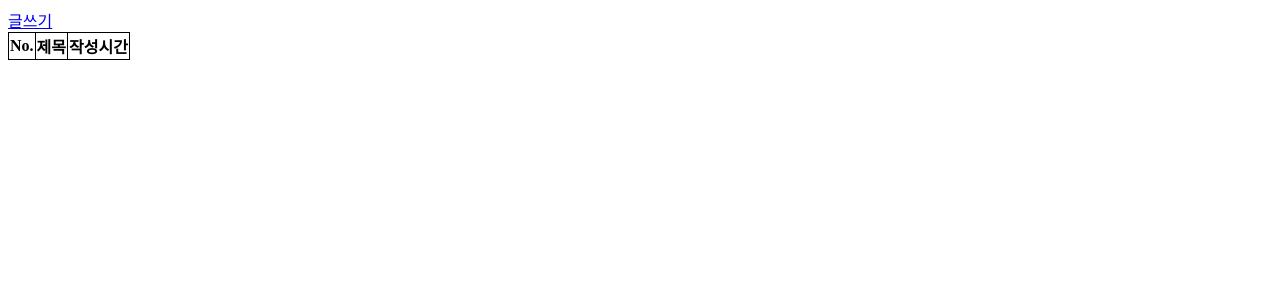
Repository: Bigdog93/WebworkspacePT
Page: http://localhost/BoardVer4/list
These files come from the project's save history. The page is drawn as it stood at one moment and after the next save; the edit follows.
The browser window is 1280 px wide. The pictures show the whole page.
The page is served by Tomcat 9. Queries for data that is not in the repository find no rows.

Above is the page before, as saved 2021-04-30 02:30:43.

After the next save:
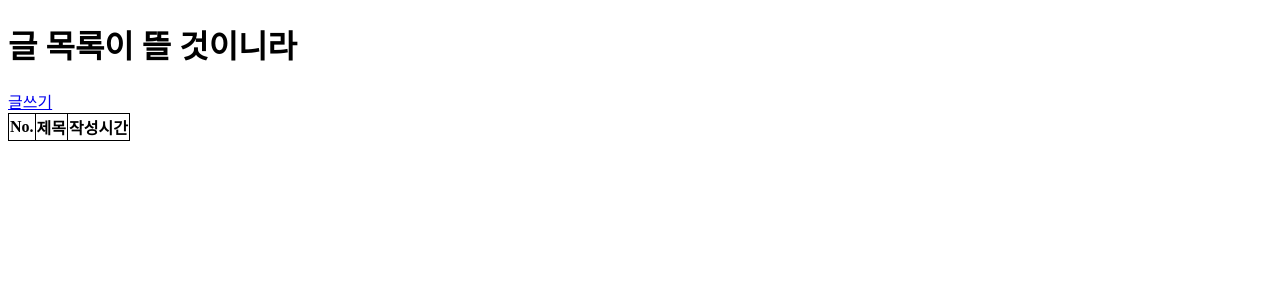
Saved 24 s later.
--- a/WebWorkSpace/BoardVer4/src/main/webapp/WEB-INF/view/list.jsp
+++ b/WebWorkSpace/BoardVer4/src/main/webapp/WEB-INF/view/list.jsp
@@ -14,6 +14,7 @@ table, th, td {
 <title>리스트</title>
 </head>
 <body>
+	<h1>글 목록이 뜰 것이니라</h1>
 	<div>
 		<a href="/write">글쓰기</a>
 	</div>
